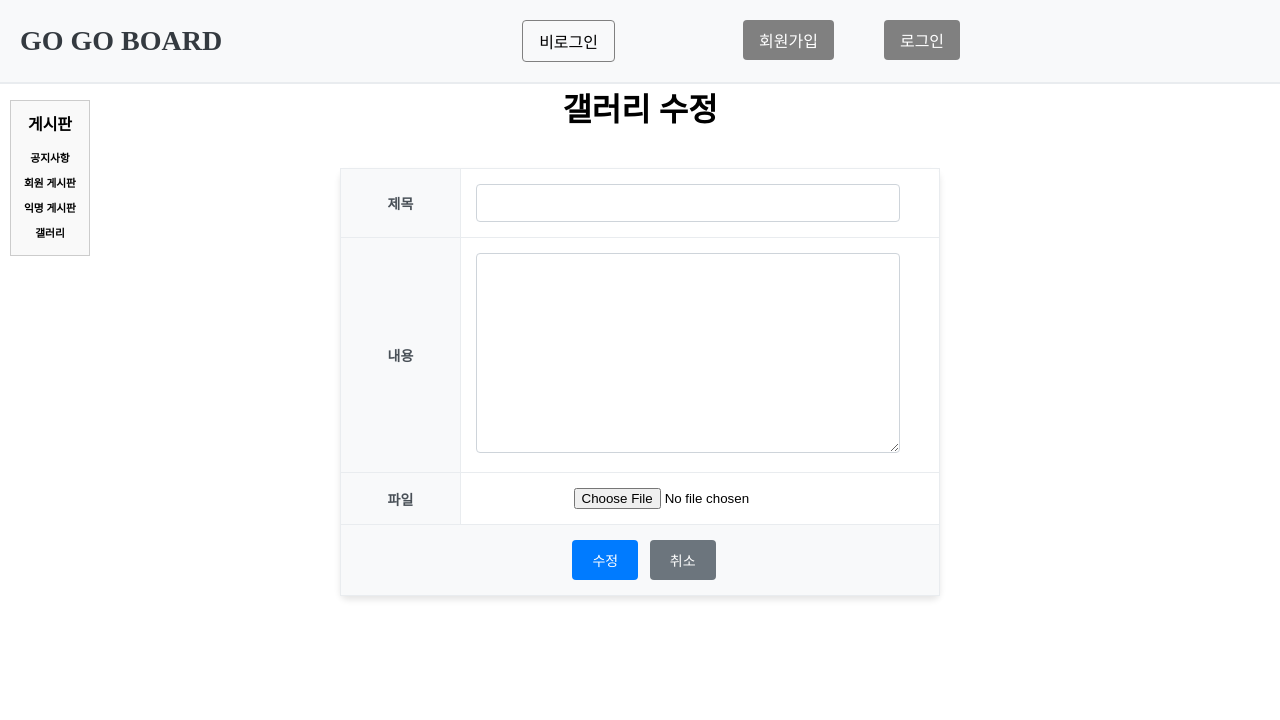
Repository: 1plus1equals3-true/Board-Project
Page: http://localhost/jsp/board/modify_gallery.jsp
The author's editor kept a copy of each file at every save. The page is drawn from the files as they stood at one save, then again after the next save.
The browser window is 1280 px wide. The pictures show the whole page.
The page is served by Tomcat 9. Queries for data that is not in the repository find no rows.

Above is the page before, as saved 2025-10-07 11:35:16.

After the next save:
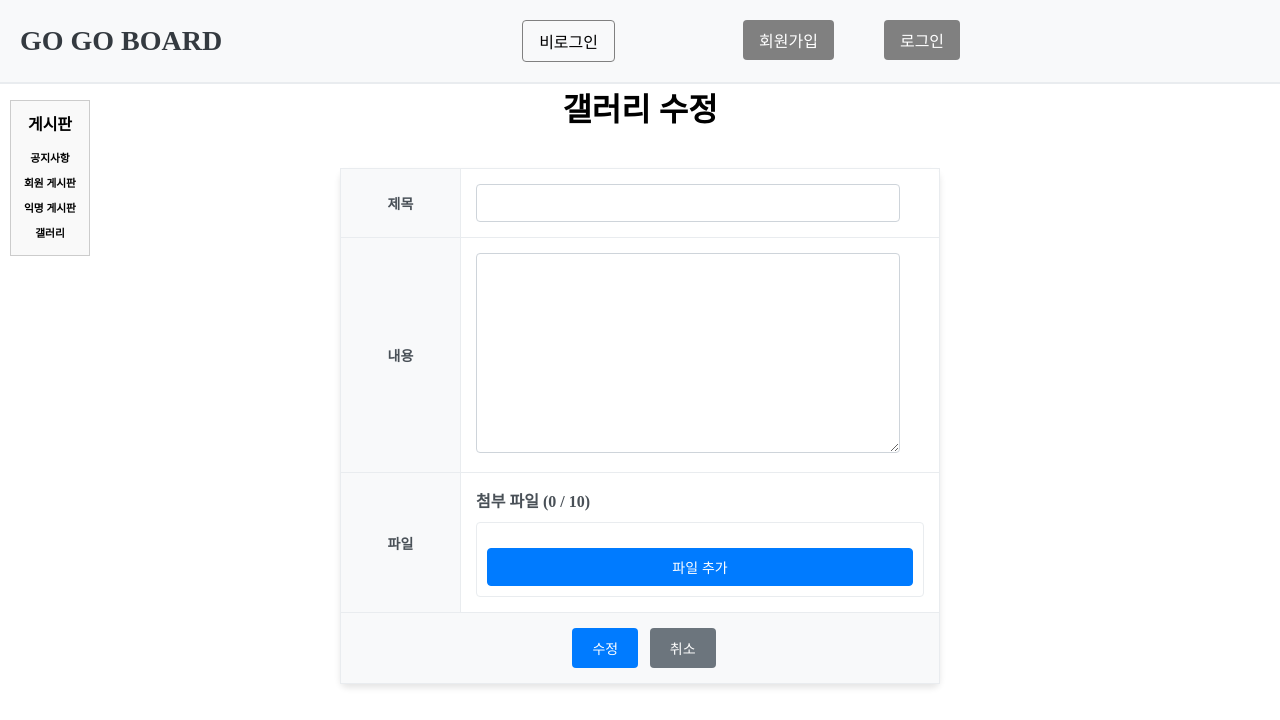
Console error: TypeError: Cannot read properties of null (reading 'addEventListener')
Saved 2 min 28 s later.
--- a/jsp/src/main/webapp/board/modify_gallery.jsp
+++ b/jsp/src/main/webapp/board/modify_gallery.jsp
@@ -106,31 +106,33 @@ if (login_rank == 9) {
 		<tr>
 			<td>파일</td>
 			<td>
+				<%-- 서버로 전송할 삭제 파일 ID를 담을 Hidden Input --%>
+				<input type="hidden" name="deleted_file_ids" id="deleted-file-ids-input" value="">
+				<input type="hidden" name="total_file_count" id="total-file-count" value="<%= i %>"> <%-- 현재 기존 파일 개수 --%>
 
+				<h2>첨부 파일 (<span id="current-file-count"><%= i %></span> / 10)</h2>
 
+				<div id="file-management-area">
+				    <ul id="file-list">
+				        <%-- 기존 파일 (DB에서 가져온 파일) --%>
+				        <% for (int j=0; j<i; j++) { %>
+				            <li data-file-id="<%= j %>" class="file-item existing">
+				                <span class="file-name-display">기존 파일 : <%= originalfile[j] %></span>
+				                <%-- ⭐ 삭제 버튼 클릭 시, JS가 data-file-id 값을 deleted_file_ids에 추가함 --%>
+				                <button type="button" class="delete-btn" data-type="existing" data-file-id="<%= j %>">❌</button>
 
-			<div id="keep_file">
-			<%
-				for (int j=0; j<i; j++) {
-			%>
-					<div class="file-item">
-						<button type="button" class="file-delete-btn">X</button>
-						<span class="file-name-display">기존 파일 : <%= originalfile[j] %></span>
-						<input type="hidden" name="keep_file_<%= j %>" value="file_<%= j %>">
-					</div>
-			<%
-				}
-			%>
-			</div>
+				                <%-- ⭐ 서버 처리를 위해 기존 파일을 나타내는 Hidden 필드는 유지 --%>
+				                <input type="hidden" name="keep_file_<%= j %>" value="<%= originalfile[j] %>">
+				            </li>
+				        <% } %>
+				    </ul>
 
-			<div id="del_file">
+				    <%-- 2. 파일 선택 버튼 (UI용 버튼) --%>
+				    <button type="button" id="select-file-button" class="btn-select-file">파일 추가</button>
 
-			</div>
-
-			<div id="file_container_0" class="file-container">
-			    	<input type="file" name="upfile_0" id="upfile_0" accept=".gif, .jpg, .png"><br>
-			</div>
-
+				    <%-- 3. 실제 파일을 선택하는 Input (multiple 속성 사용) --%>
+				    <input type="file" name="upfiles" id="file-input-actual" multiple style="display: none;" accept=".gif, .jpg, .png">
+				</div>
 			</td>
 		</tr>
 
